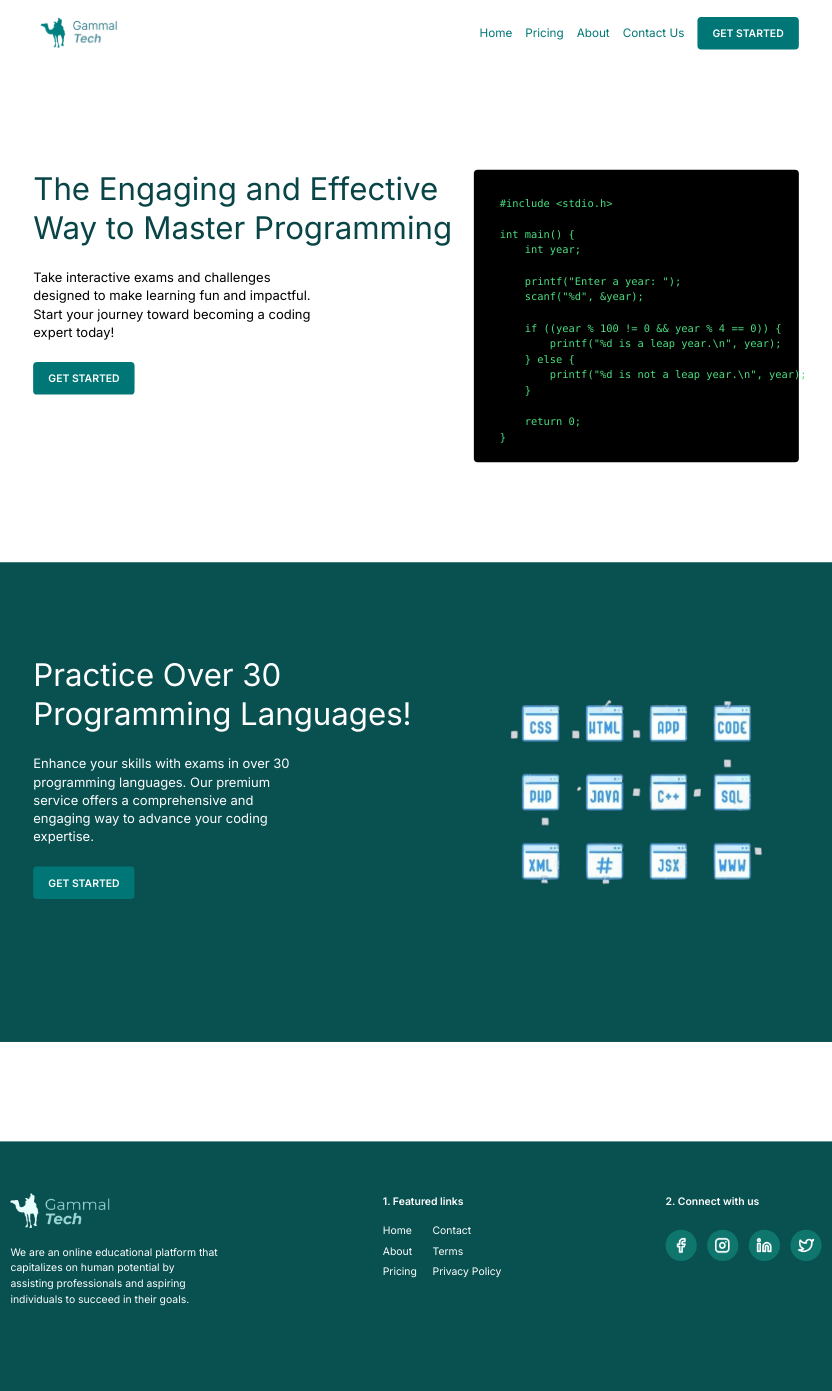
Repository: Ahmed77669/Internship-test
Page: /
These files come from the project's save history. The page is drawn as it stood at one moment and after the next save; the edit follows.
The browser window is 1280 px wide. The pictures show the whole page, at 65% of full size.
The project was rebuilt for these pictures with package versions that can differ from the ones it lists, and the page was loaded fresh each time. The framework's server and built-in components were replaced by stand-ins that run in the browser. Also part of the build but not shown: next.config.mjs.

Above is the page before, as saved 2024-10-13 18:27:20.

After the next save:
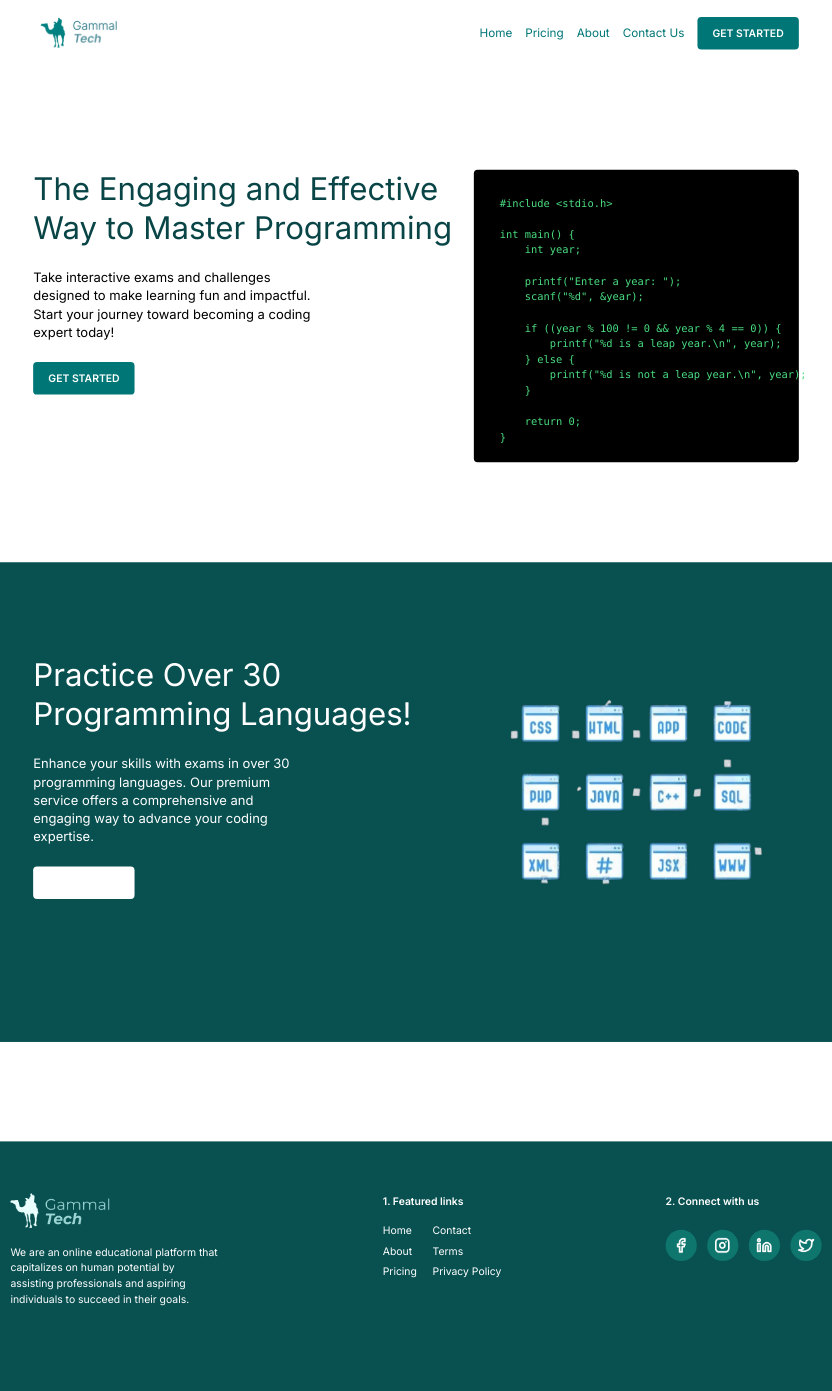
Saved 32 s later.
--- a/components/Home_1.tsx
+++ b/components/Home_1.tsx
@@ -57,7 +57,7 @@
 
                 <button
               // onClick={() => route("/")}
-              className="bg-[#007676] text-white rounded-md w-[156px] h-[50px] text-[16px] font-semibold  py-1 px-3 transition-all duration-300 ease-in-out hover:bg-[#005555] hover:shadow-lg mt-8"
+              className="bg-[#ffffff] text-white rounded-md w-[156px] h-[50px] text-[16px] font-semibold  py-1 px-3 transition-all duration-300 ease-in-out hover:bg-[#005555] hover:shadow-lg mt-8"
             >
               GET STARTED
             </button>
